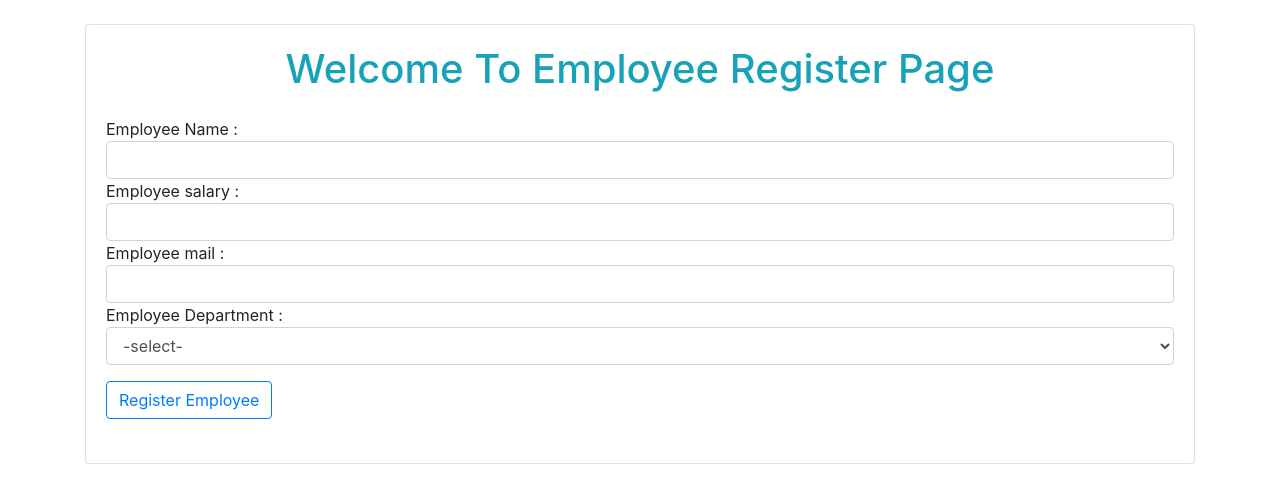
Repository: lokeshsukhwal/EmployeeMiniProject
Page: http://localhost/EmployeeRegister
An editor plug-in stored every save of this project. The page is shown before and after the next save, followed by the edit.
The browser window is 1280 px wide. The pictures show the whole page.
The page is this project's Thymeleaf template; nobody is signed in. The template is opened directly, without the code that normally fills it, so the values that code supplies are empty.

Above is the page before, as saved 2023-01-18 13:34:40.

After the next save:
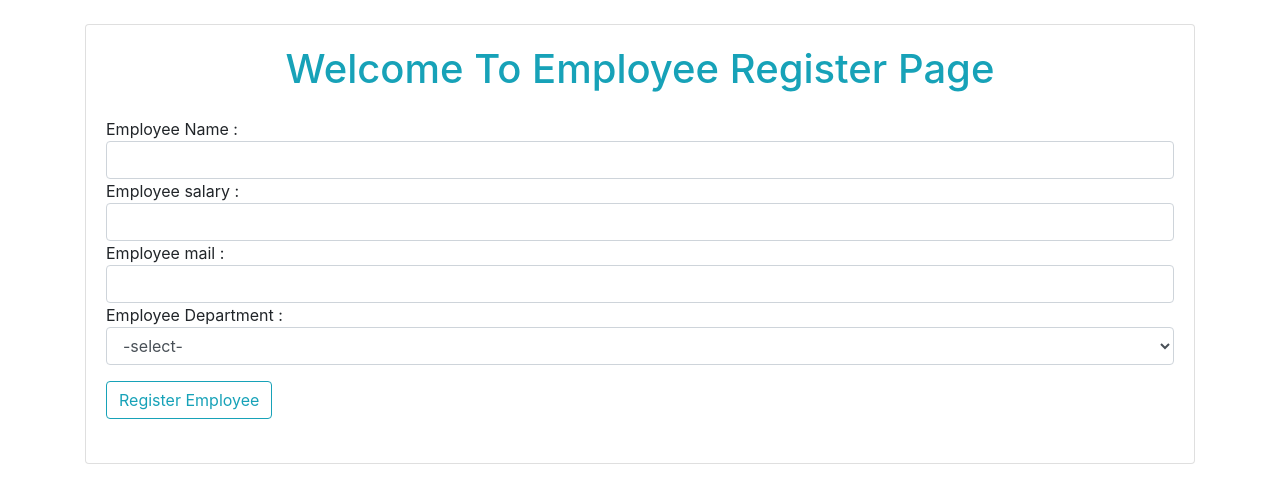
Saved 17 s later.
--- a/SpringBootMvc-ThymeleafMySqlCrudMiniProject/src/main/resources/templates/EmployeeRegister.html
+++ b/SpringBootMvc-ThymeleafMySqlCrudMiniProject/src/main/resources/templates/EmployeeRegister.html
@@ -23,7 +23,7 @@
 									<option value="qa">QA</option>
 								  </select>
 
-		<button type="submit" class="btn btn-outline-primary mt-3">Register	Employee</button>
+		<button type="submit" class="btn btn-outline-info mt-3">Register	Employee</button>
 
 				</form>
 
